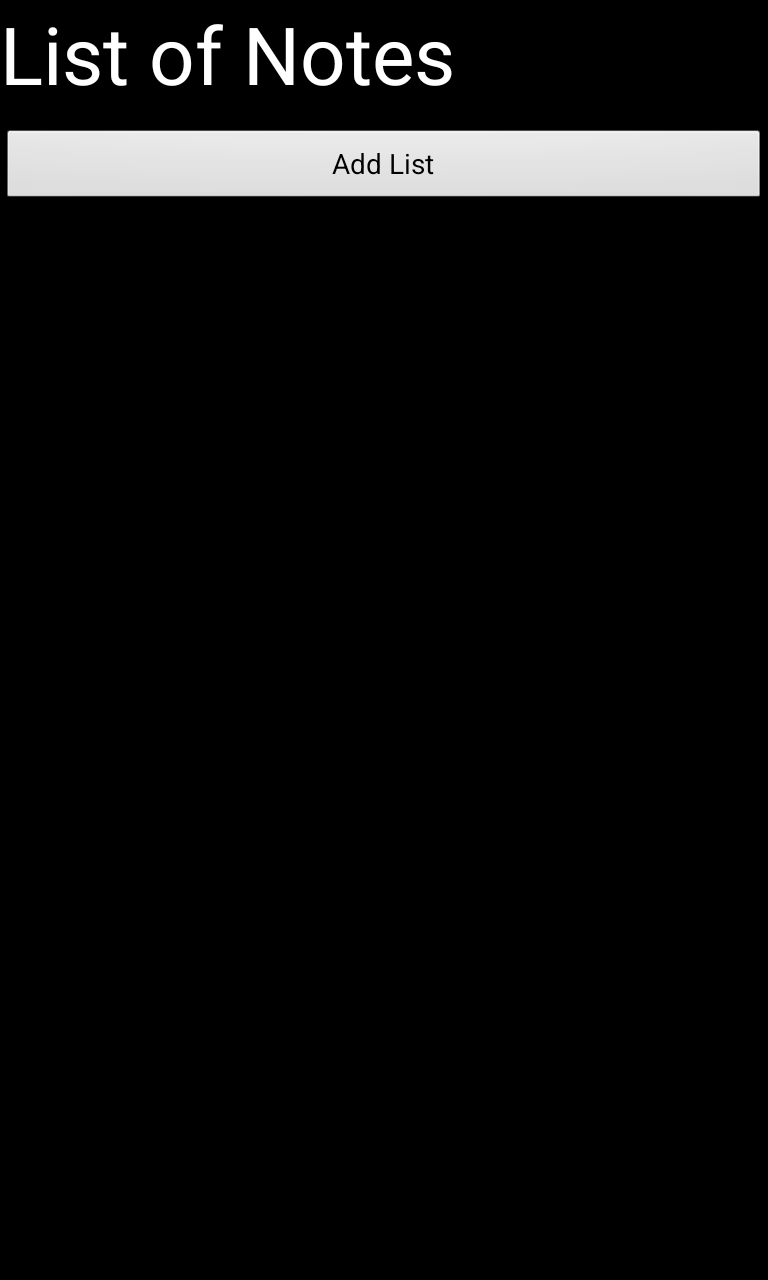
Repository: sandrapatfer/PROMPT11-10-CloudComputing.sandrapatfer
Layout: src/FinalWork/AndroidCloudNotes/AndroidCloudNotes/res/layout/tasklist_list_view.xml
The author's editor kept a copy of each file at every save. The layout is drawn from the files as they stood at one save, then again after the next save.
It is drawn on a 768 x 1280 px phone screen (xhdpi) without system bars, with theme android:Theme; the app's code is not run. Lists and similar views that code fills are empty.

Above is the layout before, as saved 2012-06-03 23:36:48.

### src/FinalWork/AndroidCloudNotes/AndroidCloudNotes/res/layout/tasklist_list_view.xml
<?xml version="1.0" encoding="utf-8"?>
<LinearLayout xmlns:android="http://schemas.android.com/apk/res/android"
    android:layout_width="match_parent"
    android:layout_height="match_parent"
    android:orientation="vertical" >

    <TextView
        android:id="@+id/textView1"
        android:layout_width="match_parent"
        android:layout_height="60dp"
        android:text="@string/tasklist_title"
        android:textAppearance="?android:attr/textAppearanceLarge"
        android:textSize="40dp" />


    <ListView
        android:id="@+id/tasklist_listview"
        android:layout_width="match_parent"
        android:layout_height="wrap_content"
        android:layout_margin="2dp" >

    </ListView>

    <Button
        android:id="@+id/btn_tasklist_create"
        android:layout_width="match_parent"
        android:layout_height="40dp"
        android:text="@string/tasklist_createnew_label" />

</LinearLayout>

### src/FinalWork/AndroidCloudNotes/AndroidCloudNotes/res/values/strings.xml
<?xml version="1.0" encoding="utf-8"?>
<resources>

    <string name="hello">Hello World, AndroidCloudNotesActivity!</string>
    <string name="app_name">Prompt Cloud Notes for Android</string>
    <string name="tasklistitem_label">"List: "</string>
    <string name="tasklists_title">Lists of Notes</string>
    <string name="tasklist_title">List of Notes</string>
    <string name="tasklist_createnew_label">Add List</string>
    <string name="name_label">Name:</string>
    <string name="description_label">Description:</string>
    <string name="save_label">Save</string>
    <string name="notes_label">Notes</string>


</resources>

After the next save:
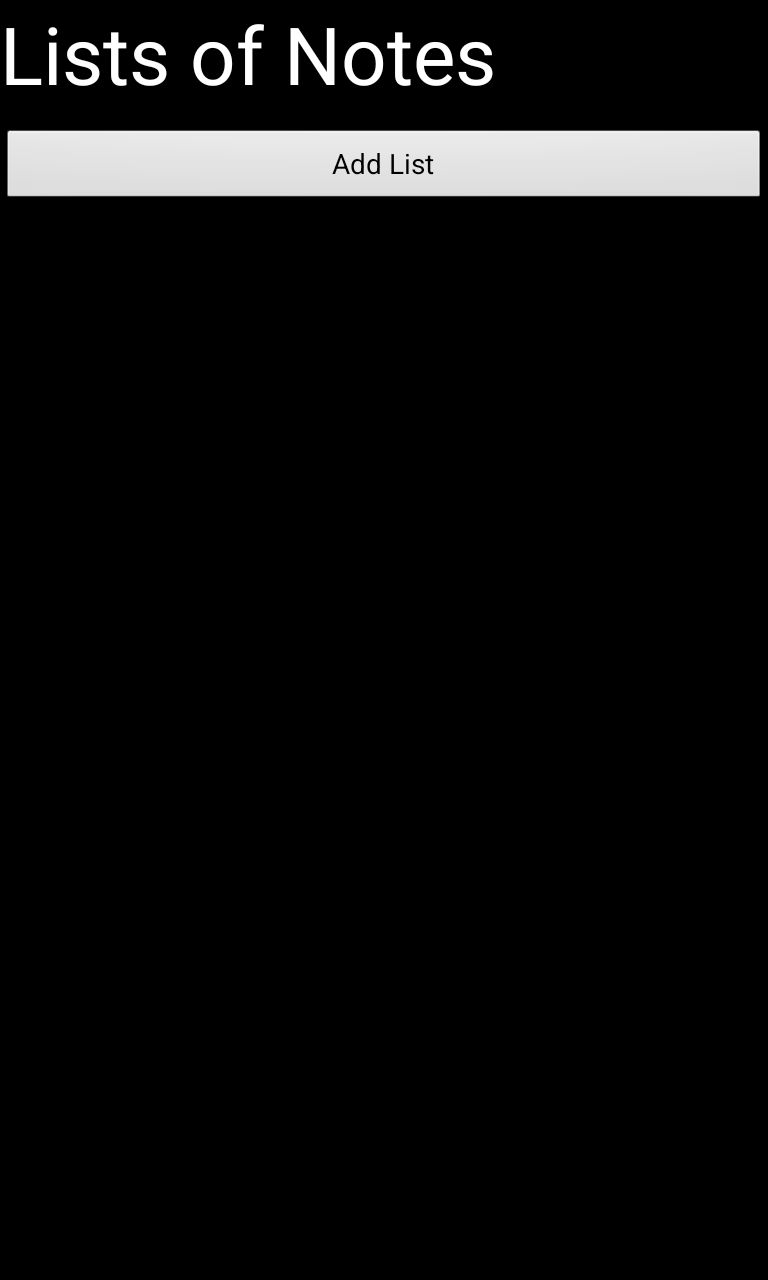
Saved 31 s later.
--- a/src/FinalWork/AndroidCloudNotes/AndroidCloudNotes/res/layout/tasklist_list_view.xml
+++ b/src/FinalWork/AndroidCloudNotes/AndroidCloudNotes/res/layout/tasklist_list_view.xml
@@ -4,11 +4,12 @@
     android:layout_height="match_parent"
     android:orientation="vertical" >
 
+
     <TextView
         android:id="@+id/textView1"
         android:layout_width="match_parent"
         android:layout_height="60dp"
-        android:text="@string/tasklist_title"
+        android:text="@string/tasklists_title"
         android:textAppearance="?android:attr/textAppearanceLarge"
         android:textSize="40dp" />
 
